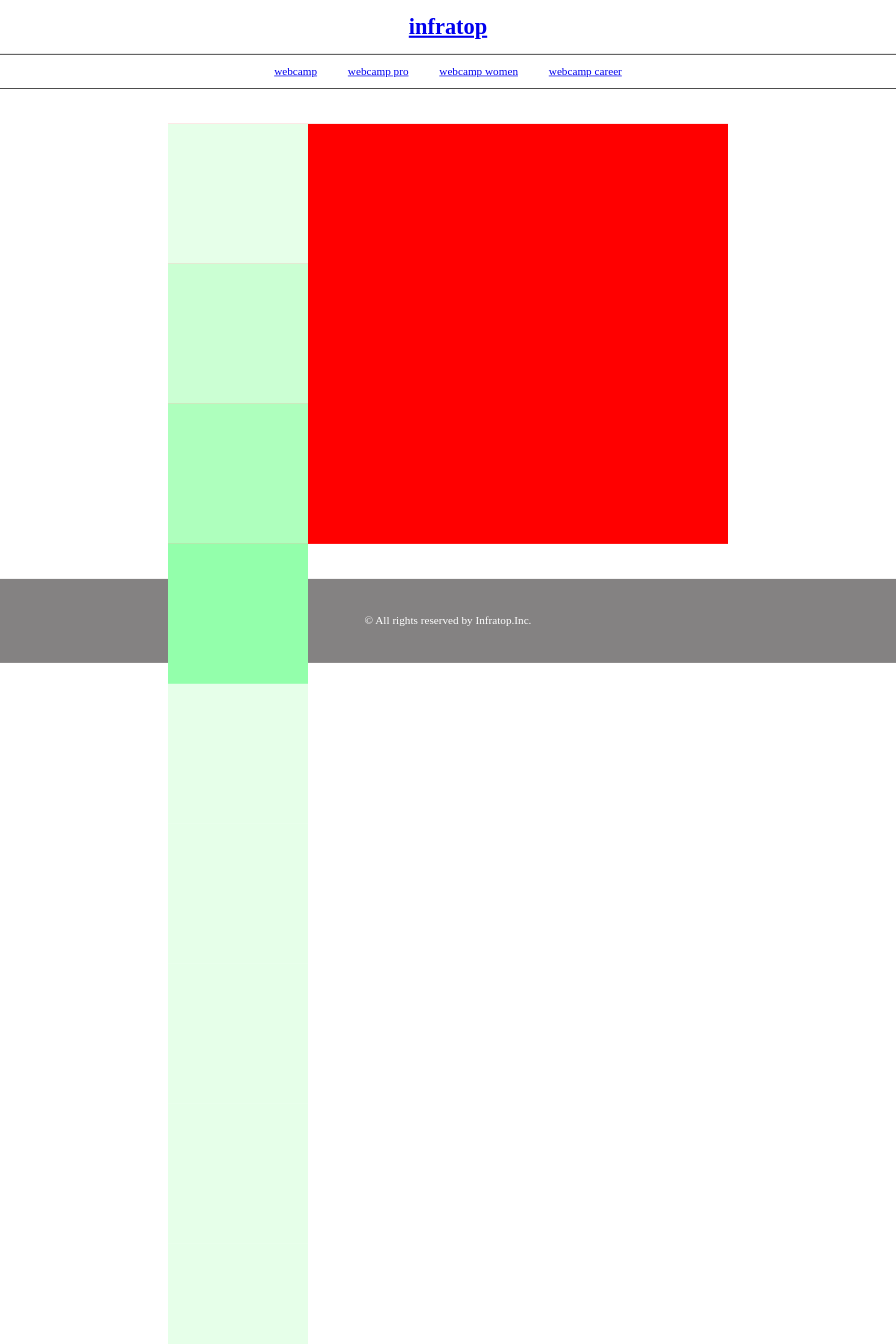
Repository: CarAll02/git-practice
Page: chapter5_exercise/index.html
The author's editor kept a record of every edit. The page is drawn from the files as they stood at one moment, then again after the next edit.
The browser window is 1280 px wide. The pictures show the part of the page from y = 0 to 1920 px (the page is 2577 px tall), at 70% of full size.

Above is the page before.

After the next edit:
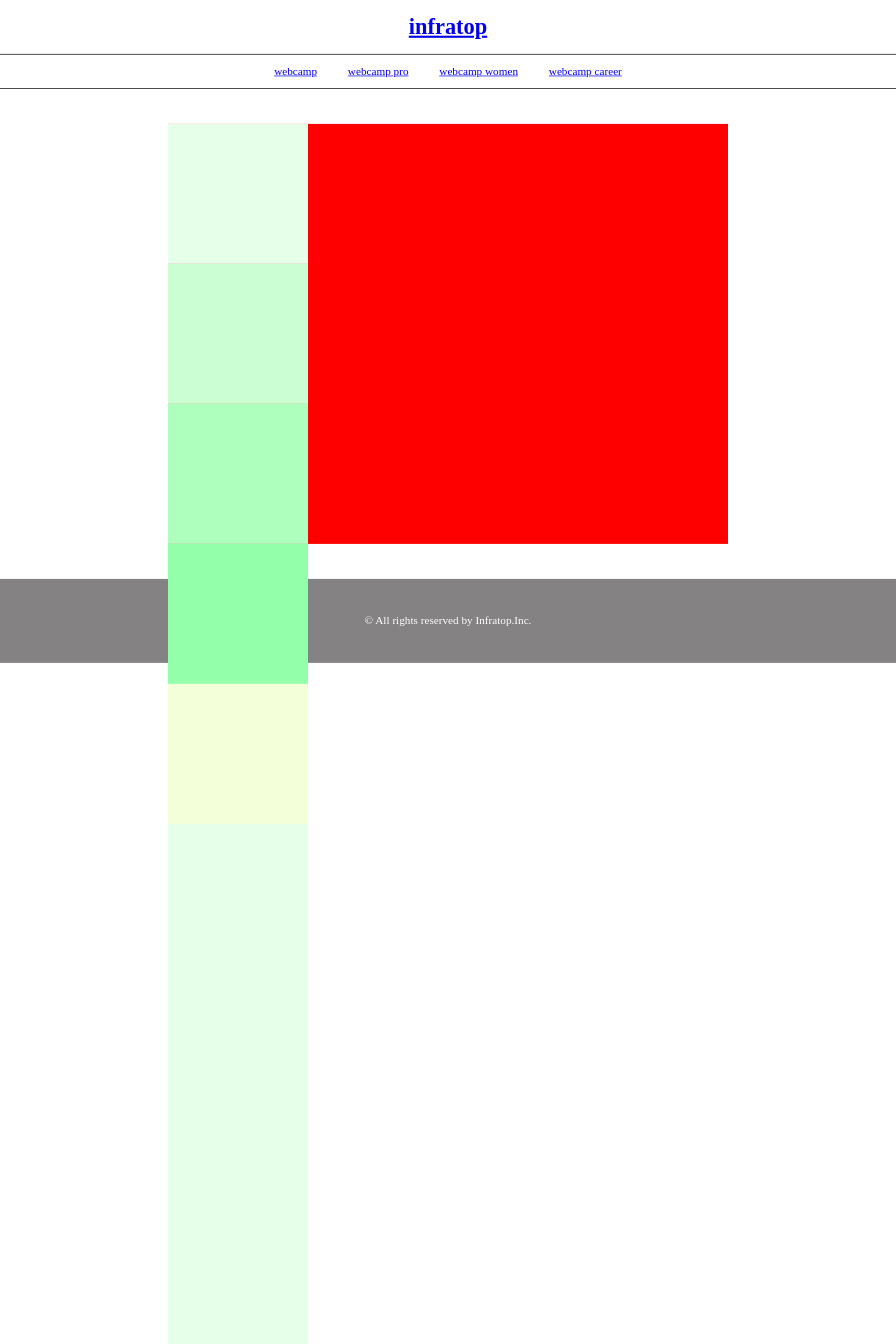
The edit:
--- a/chapter5_exercise/style.css
+++ b/chapter5_exercise/style.css
@@ -71,7 +71,7 @@
 .yellow1{
   width:200px;
   height: 200px;
-  background-color: #e6ffe9;
+  background-color: #f3ffd8;
 }
 
 .yellow2{
